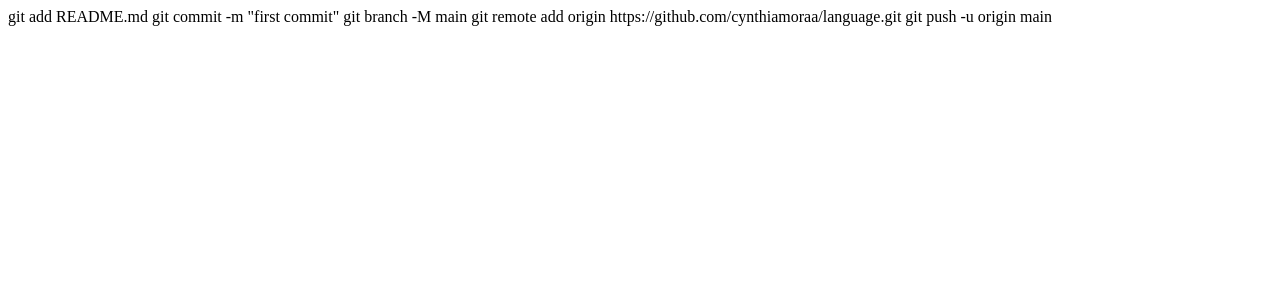
Repository: cynthiamoraa/language
Page: Flappy-Bird-Game/test.html
The author's editor kept a copy of each file at every save. The page is drawn from the files as they stood at one save, then again after a run of saves.
The browser window is 1280 px wide. The pictures show the whole page.

Above is the page before, as saved 2023-04-28 12:54:03.

After the next 4 saves:
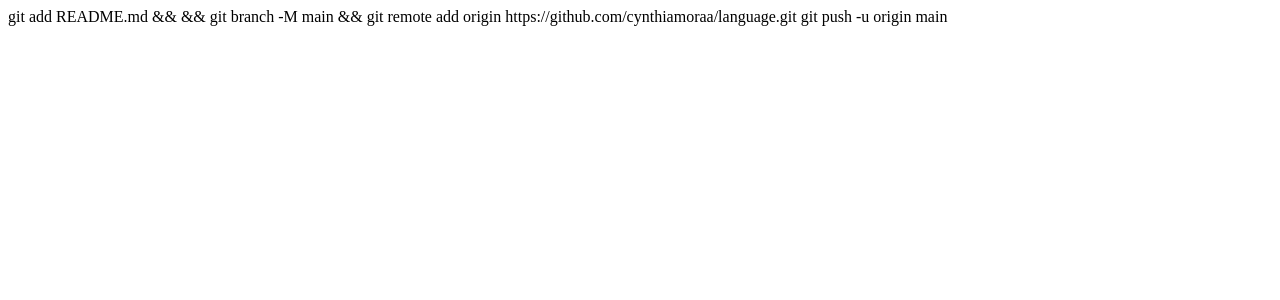
The 4 saves are shown as one change because they came seconds apart.
The last was saved 11 s later.
--- a/Flappy-Bird-Game/test.html
+++ b/Flappy-Bird-Game/test.html
@@ -1,5 +1,2 @@
-git add README.md
-git commit -m "first commit"
-git branch -M main
-git remote add origin https://github.com/cynthiamoraa/language.git
+git add README.md  &&  && git branch -M main && git remote add origin https://github.com/cynthiamoraa/language.git
 git push -u origin main
